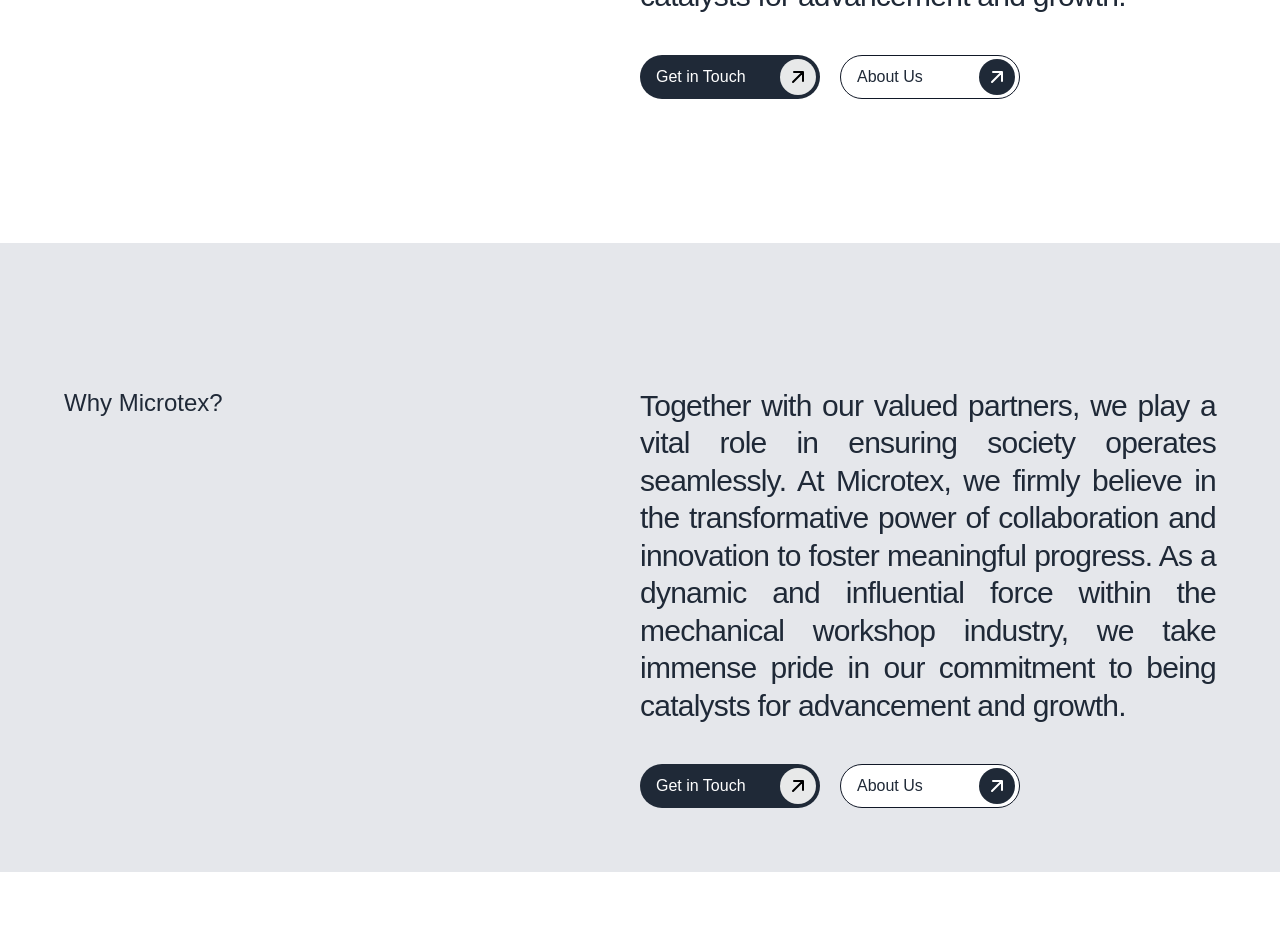
Repository: vespersolutionspk18/microtexwebsite
Page: /
The author's editor kept a copy of each file at every save. The page is drawn from the files as they stood at one save, then again after the next save.
The browser window is 1280 px wide. The pictures show the part of the page from y = 1273 to 2225 px (the page is 2225 px tall before and 2161 px after).
Some web fonts or font styles are not loaded; a fallback is used. The project was rebuilt for these pictures with package versions that can differ from the ones it lists, and the page was loaded fresh each time. The framework's server and built-in components were replaced by stand-ins that run in the browser. Also part of the build but not shown: next.config.mjs.

Above is the page before, as saved 2024-11-18 20:54:40.

After the next save:
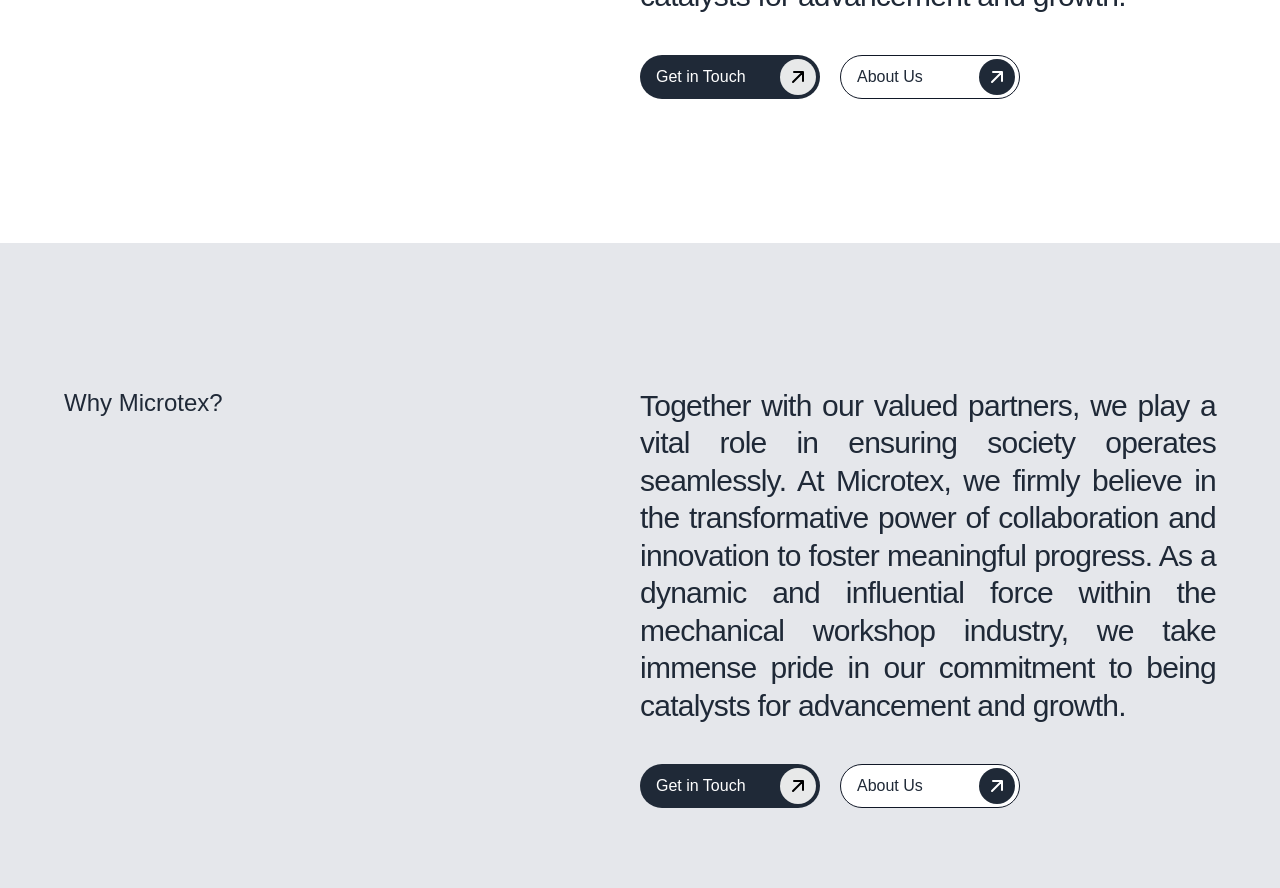
Saved 20 s later.
--- a/app/OurServices.tsx
+++ b/app/OurServices.tsx
@@ -3,7 +3,7 @@ import ButtonArrow from "@/public/assets/buttonarrow.svg";
 import ButtonArrowwhite from "@/public/assets/buttonarrowwhite.svg";
 const OurServices = () => {
   return (
-    <div className="flex flex-row bg-gray-200 p-16 mb-20">
+    <div className="flex flex-row bg-gray-200 p-16 pb-20">
         <div className="md:w-[50%] pt-20">
             <h3 className="text-gray-800 font-light text-2xl">Why Microtex?</h3>
         </div>

After the 2 saves that followed:
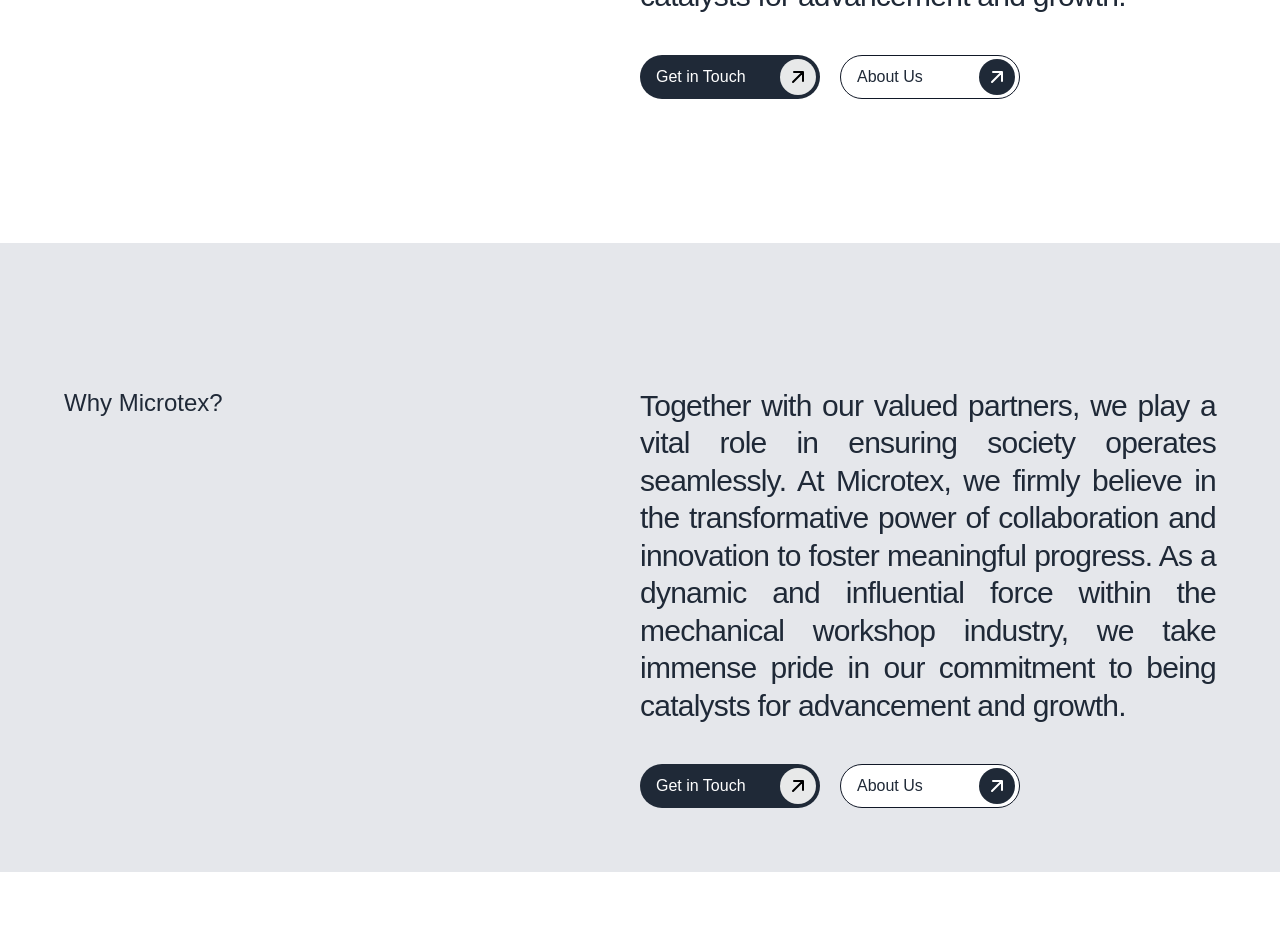
The 2 saves are shown as one change because they came seconds apart.
The last was saved 10 s later.
--- a/app/OurServices.tsx
+++ b/app/OurServices.tsx
@@ -3,7 +3,7 @@ import ButtonArrow from "@/public/assets/buttonarrow.svg";
 import ButtonArrowwhite from "@/public/assets/buttonarrowwhite.svg";
 const OurServices = () => {
   return (
-    <div className="flex flex-row bg-gray-200 p-16 pb-20">
+    <div className="flex flex-row bg-gray-200 p-16 mb-20">
         <div className="md:w-[50%] pt-20">
             <h3 className="text-gray-800 font-light text-2xl">Why Microtex?</h3>
         </div>
